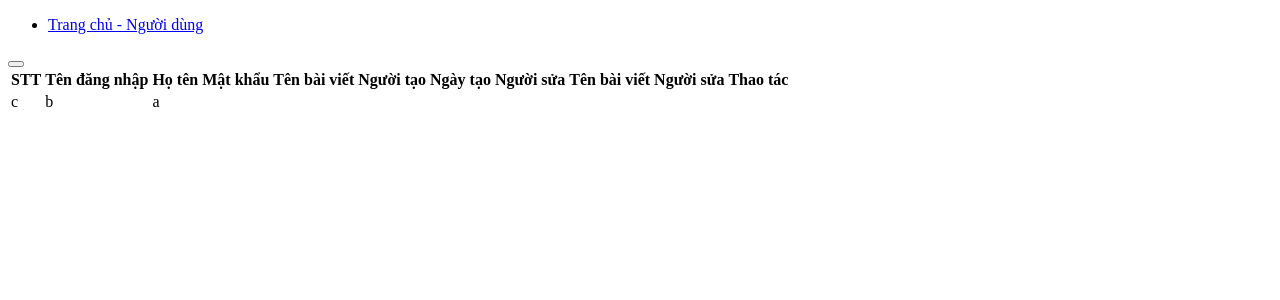
Repository: QuangThuanLion/Project_SpringMVC
Page: http://localhost/springweb-mvc/WEB-INF/views/admin/user/users.jsp
The author's editor kept a copy of each file at every save. The page is drawn from the files as they stood at one save, then again after the next save.
The browser window is 1280 px wide. The pictures show the whole page.
The page is served by Tomcat 9. Nobody is signed in. The template is opened directly, without the code that normally fills it, so the values that code supplies are empty.

Above is the page before, as saved 2020-07-05 11:19:40.

After the next save:
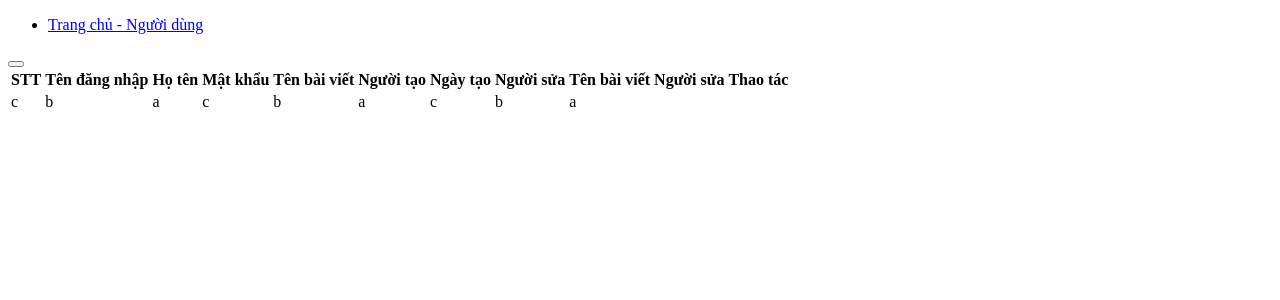
Saved 52 s later.
--- a/workspace/springweb-mvc/src/main/webapp/WEB-INF/views/admin/user/users.jsp
+++ b/workspace/springweb-mvc/src/main/webapp/WEB-INF/views/admin/user/users.jsp
@@ -66,6 +66,11 @@
 															<td>c</td>
 															<td>b</td>
 															<td>a</td>
+															<td>c</td>
+															<td>b</td>
+															<td>a</td>																													<td>c</td>
+															<td>b</td>
+															<td>a</td>
 															<td>
 															<a class="btn btn-sm btn-primary btn-edit" data-toggle="tooltip"
 																title="Cập nhật bài viết" href="#">
